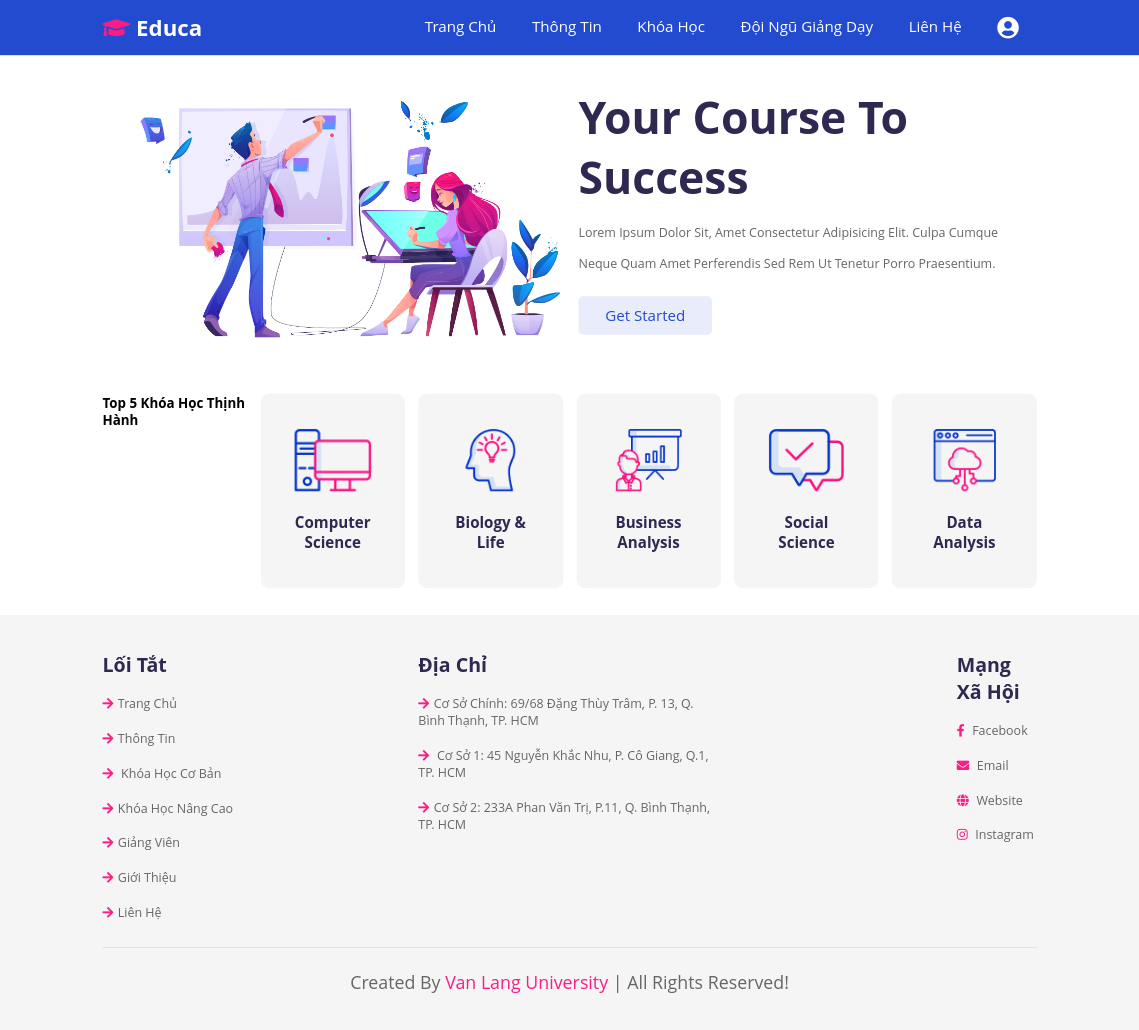
Repository: nhatkhanh022400/Layout
Page: Page-User/home.html
An editor plug-in stored every save of this project. The page is shown before and after the next save, followed by the edit.
The browser window is 1280 px wide. The pictures show the whole page, at 89% of full size.

Above is the page before, as saved 2022-03-22 16:41:41.
Console error: ReferenceError: $ is not defined

### Page-User/home.html
<!DOCTYPE html>
<html lang="en">
<head>
    <meta charset="UTF-8">
    <meta http-equiv="X-UA-Compatible" content="IE=edge">
    <meta name="viewport" content="width=device-width, initial-scale=1.0">
    <title>home</title>

    <!-- font awesome cdn link  -->
    <link rel="stylesheet" href="https://cdnjs.cloudflare.com/ajax/libs/font-awesome/5.15.4/css/all.min.css">

    <!-- custom css file link  -->
    <link rel="stylesheet" href="css/style.css">
    <link rel="stylesheet" href="https://unpkg.com/aos@next/dist/aos.css" />

</head>
<body>

<!-- header section starts  -->

<header class="header">

    <a href="home.html" class="logo"> <i class="fas fa-graduation-cap"></i> educa </a>

    <div id="menu-btn" class="fas fa-bars"></div>

    <nav class="navbar">
        <ul>
            <li><a href="home.html">Trang Chủ</a></li>
            <li><a href="about.html">Thông Tin</a></li>
            <li><a href="#">Khóa Học</a>
                <ul>
                    <li><a href="course-1.html">Khóa Học Cơ Bản</a></li>
                    <li><a href="course-2.html">Khóa Học Nâng Cao </a></li>

                </ul>
            </li>
            <li>
                <a href="#">Đội Ngũ Giảng Dạy</a>
                <ul>
                    <li><a href="blog.html">Giới Thiệu</a></li>
                    <li><a href="teachers.html">Giảng Viên</a></li>
                </ul>
            </li>
            <li><a href="contact.html">Liên Hệ</a></li>
            <li>
                <a href="#">
                    <i class="fas fa-user-circle"></i>
                </a>
                <ul>
                    <li><a href="user.html">Profile</a></li>
                    <li><a href="sign-up.html">Đăng Xuất</a></li>
                </ul>

            </li>
        </ul>
    </nav>

</header>

<!-- header section ends -->

<!-- home section starts  -->

<section class="home">

    <div class="image">
        <img src="images/home-img.png" alt="">
    </div>

    <div class="content">
        <h3>your course to success</h3>
        <p>Lorem ipsum dolor sit, amet consectetur adipisicing elit. Culpa cumque neque quam amet perferendis sed rem ut tenetur porro praesentium.</p>
        <a href="#" class="btn">get started</a>
    </div>

</section>

<!-- home section ends -->

<!-- categories section starts  -->

<section class="category">
    <div>
        <h2>Top 5 Khóa Học Thịnh Hành</h2>
    </div>


    <a href="#" class="box">
        <img src="images/category-1.png" alt="">
        <h3>computer science</h3>
    </a>

    <a href="#" class="box">
        <img src="images/category-2.png" alt="">
        <h3>biology & life</h3>
    </a>

    <a href="#" class="box">
        <img src="images/category-3.png" alt="">
        <h3>business analysis</h3>
    </a>

    <a href="#" class="box">
        <img src="images/category-4.png" alt="">
        <h3>social science</h3>
    </a>

    <a href="#" class="box">
        <img src="images/category-5.png" alt="">
        <h3>data analysis</h3>
    </a>

</section>

<!-- categories section ends -->












<!-- footer section starts  -->

<section class="footer" data-aos="fade-right" data-aos-duration="40000">

    <div class="box-container">

        <div class="box">
            <h3>Lối Tắt</h3>
            <a href="home.html"> <i class="fas fa-arrow-right"></i>Trang Chủ</a>
            <a href="about.html"> <i class="fas fa-arrow-right"></i>Thông Tin </a>
            <a href="course-1.html"> <i class="fas fa-arrow-right"></i> Khóa Học Cơ Bản</a>
            <a href="course-2.html"> <i class="fas fa-arrow-right"></i>Khóa Học Nâng Cao</a>
            <a href="teachers.html"> <i class="fas fa-arrow-right"></i>Giảng Viên</a>
            <a href="blog.html"> <i class="fas fa-arrow-right"></i>Giới Thiệu</a>
            <a href="contact.html"> <i class="fas fa-arrow-right"></i>Liên Hệ</a>
        </div>

        <div class="box">
            <h3>Địa Chỉ</h3>
            <a href="#"> <i class="fas fa-arrow-right"></i>Cơ sở chính: 69/68 Đặng Thùy Trâm, P. 13, Q. Bình Thạnh, TP. HCM</a>
            <a href="#"> <i class="fas fa-arrow-right"></i> Cơ sở 1: 45 Nguyễn Khắc Nhu, P. Cô Giang, Q.1, TP. HCM</a>
            <a href="#"> <i class="fas fa-arrow-right"></i>Cơ sở 2: 233A Phan Văn Trị, P.11, Q. Bình Thạnh, TP. HCM</a>

        </div>

        <div class="box" style="margin-left: 25rem;">
            <h3>Mạng Xã Hội</h3>
            <a href="#"> <i class="fab fa-facebook-f"></i> facebook </a>
            <a href="#"> <i class="fas fa-envelope"></i> email</a>
            <a href="#"> <i class="fas fa-globe"></i> website </a>
            <a href="#"> <i class="fab fa-instagram"></i> instagram </a>

        </div>

    </div>

    <div class="credit"> created by <span>Van Lang University</span> | all rights reserved! </div>

</section>

<!-- footer section ends -->

<!-- custom js file link  -->
<script src="js/script.js"></script>
<script src="https://unpkg.com/aos@next/dist/aos.js"></script>
    <script>
        AOS.init();
    </script>
</body>
</html>

### Page-User/css/style.css
@import url("https://fonts.googleapis.com/css2?family=Poppins:wght@100;300;400;500;600&display=swap");
* {
  font-family: 'Open Sans', sans-serif;
  margin: 0;
  padding: 0;
  -webkit-box-sizing: border-box;
  box-sizing: border-box;
  text-transform: capitalize;
  text-decoration: none;
  outline: none;
  border: none;
  -webkit-transition: all 0.2s linear;
  transition: all 0.2s linear;
}

html {
  font-size: 62.5%;
  overflow-x: hidden;
}

section {
  padding: 3rem 9%;
}

.btn {
  display: inline-block;
  margin-top: 1rem;
  padding: 1rem 3rem;
  background: #e9edfb;
  color: #224bcf;
  cursor: pointer;
  border-radius: 0.5rem;
  font-size: 1.7rem;
}

.btn:hover {
  color: #fff;
  background: #224bcf;
}

.heading {
  background: url(../images/heading-bg.png) no-repeat;
  background-size: cover;
  background-position: center;
}

.heading h3 {
  font-size: 3.5rem;
  color: #302851;
}

.heading p {
  font-size: 1.6rem;
  color: #666;
  padding-top: 0.5rem;
}

.heading p a {
  padding-right: 0.5rem;
  color: #fa1d86;
}

.heading p a:hover {
  color: #224bcf;
}

.header {
  position: -webkit-sticky;
  position: sticky;
  top: 0;
  left: 0;
  right: 0;
  z-index: 1000;
  display: -webkit-box;
  display: -ms-flexbox;
  display: flex;
  -webkit-box-align: center;
  -ms-flex-align: center;
  align-items: center;
  -webkit-box-pack: justify;
  -ms-flex-pack: justify;
  justify-content: space-between;
  padding: 0 9%;
  background: #224bcf;
  height: 62px;
}

.header .logo {
  font-size: 2.5rem;
  font-weight: bolder;
  color: #fff;
  text-decoration: none;
}

.header .logo i {
  color: #fa1d86;
}

.header .navbar ul {
  list-style: none;
  width: 100%;
}

.header .fa-user-circle{
  font-size: 25px;
}

.header .navbar ul li {
  position: relative;
  float: left;
}

.header .navbar ul li:hover ul {
  display: block;
}

.header .navbar ul li a {
  padding: 2rem;
  display: block;
  font-size: 1.7rem;
  color: #fff;
  text-decoration: none;
}

.header .navbar ul li a:hover {
  background: #fa1d86;
}

.header .navbar ul li ul {
  position: absolute;
  left: 0;
  width: 20rem;
  background: #224bcf;
  display: none;
}

.header .navbar ul li ul li {
  width: 100%;
}

#menu-btn {
  cursor: pointer;
  color: #fff;
  font-size: 2.5rem;
  display: none;
}

.home {
  display: -webkit-box;
  display: -ms-flexbox;
  display: flex;
  -webkit-box-align: center;
  -ms-flex-align: center;
  align-items: center;
  -ms-flex-wrap: wrap;
  flex-wrap: wrap;
  gap: 2rem;
}

.home .image {
  -webkit-box-flex: 1;
  -ms-flex: 1 1 42rem;
  flex: 1 1 42rem;
}

.home .image img {
  width: 100%;
}

.home .content {
  -webkit-box-flex: 1;
  -ms-flex: 1 1 42rem;
  flex: 1 1 42rem;
}

.home .content h3 {
  color: #302851;
  font-size: 5rem;
}

.home .content p {
  font-size: 1.4rem;
  color: #666;
  padding: 1rem 0;
  line-height: 2.5;
}

.category {
  display: -ms-grid;
  display: grid;
  -ms-grid-columns: (minmax(16rem, 1fr)) [auto-fit];
  grid-template-columns: repeat(auto-fit, minmax(16rem, 1fr));
  gap: 1.5rem;
}

.category .box {
  border-radius: 1rem;
  background: #f5f5f5;
  padding: 4rem 3rem;
  text-align: center;
}

.category .box img {
  height: 7rem;
  margin-bottom: 2rem;
}

.category .box h3 {
  font-size: 1.7rem;
  color: #302851;
}

.about {
  display: -webkit-box;
  display: -ms-flexbox;
  display: flex;
  -webkit-box-align: center;
  -ms-flex-align: center;
  align-items: center;
  -ms-flex-wrap: wrap;
  flex-wrap: wrap;
  gap: 2rem;
}

.about .image {
  -webkit-box-flex: 1;
  -ms-flex: 1 1 42rem;
  flex: 1 1 42rem;
}

.about .image img {
  width: 100%;
}

.about .content {
  -webkit-box-flex: 1;
  -ms-flex: 1 1 42rem;
  flex: 1 1 42rem;
}

.about .content h3 {
  color: #302851;
  font-size: 4.5rem;
}

.about .content p {
  font-size: 1.4rem;
  padding: 1rem 0;
  color: #666;
  line-height: 2.5;
}

.teachers {
  display: -ms-grid;
  display: grid;
  -ms-grid-columns: (minmax(27rem, 1fr)) [auto-fit];
  grid-template-columns: repeat(auto-fit, minmax(27rem, 1fr));
  gap: 1.5rem;

}

.teachers .box {
  text-align: center;
  overflow: hidden;
}

.teachers .box:hover .image .share {
  -webkit-transform: translateY(0);
  transform: translateY(0);
}

.teachers .box:hover .image .share a {
  transform: translateY(10px);
  opacity: 1;
  transition: transform 0.2s 0.2s;
  transition: transform 0.2s 0.2s, -webkit-transform 0.2s 0.2s;
}

.teachers .box:hover .image .share button {
  background-color: transparent;
  color: white;
  font-weight: bold;
  border: 1px solid white;
  padding: 3px 6px;
  border-radius: 3px;
  font-size: 15px;
  transform: translateY(-10px);
  opacity: 1;
  transition: transform 0.2s 0.2s;
}

.teachers .box:hover .image .share .status {
  float: left;
  background-color: transparent;
  color: white;
  font-size: 13px;
  transform: translateY(-10px);
  transition: p 0.2s;
}

.teachers .box .image {
  overflow: hidden;
  height: 32rem;
  width: 100%;
  position: relative;
  border-radius: 1rem;
}

.teachers .box .image .share {
  position: absolute;
  top: 0;
  left: 0;
  height: 100%;
  width: 100%;
  background: rgba(0, 0, 0, 0.7);
  display: -webkit-box;
  display: -ms-flexbox;
  display: flex;
  -webkit-box-align: end;
  -ms-flex-align: end;
  align-items: flex-end;
  -webkit-box-pack: center;
  -ms-flex-pack: center;
  justify-content: center;
  z-index: 10;
  overflow: hidden;
  -webkit-transform: translateY(-100%);
  transform: translateY(-100%);
}

.teachers .box .image .share a {
  font-size: 2.5rem;
  margin: 2rem 1.5rem;
  color: #fff;
  -webkit-transform: translateY(5rem);
  transform: translateY(5rem);
  opacity: 0;
}

.teachers .box .image .share a:hover {
  color: #fa1d86;
}

.teachers .box .image .share button:hover {
  background-color: white;
  color: black;
}

.teachers .box .image img {
  height: 100%;
  width: 100%;
  -o-object-fit: cover;
  object-fit: cover;
}

.teachers .box .content {
  padding-top: 1rem;
}

.teachers .box .content h3 {
  font-size: 2rem;
  color: #302851;
}

.teachers .box .content span {
  color: #666;
  font-size: 1.5rem;
}

.blog {
  display: -ms-grid;
  display: grid;
  -ms-grid-columns: (minmax(31rem, 1fr)) [auto-fit];
  grid-template-columns: repeat(auto-fit, minmax(31rem, 1fr));
  gap: 1.5rem;
}

.blog .box .image {
  height: 25rem;
  width: 100%;
  overflow: hidden;
}

.blog .box .image img {
  height: 100%;
  width: 100%;
  -o-object-fit: cover;
  object-fit: cover;
  border-radius: 0.5rem;
}

.blog .box .content {
  padding: 2rem;
  background: #f5f5f5;
}

.blog .box .content .icons {
  padding: 1.5rem 0;
  margin-bottom: 1rem;
  display: -webkit-box;
  display: -ms-flexbox;
  display: flex;
  -webkit-box-align: center;
  -ms-flex-align: center;
  align-items: center;
  -webkit-box-pack: justify;
  -ms-flex-pack: justify;
  justify-content: space-between;
}

.blog .box .content .icons a {
  font-size: 1.4rem;
  color: #666;
}

.blog .box .content .icons a:hover {
  color: #224bcf;
}

.blog .box .content .icons a i {
  padding-right: 0.5rem;
  color: #224bcf;
}

.blog .box .content h3 {
  font-size: 1.7rem;
  padding: 0.5rem 0;
  color: #302851;
}

.blog .box .content p {
  padding: 1rem 0;
  font-size: 1.4rem;
  line-height: 2.5;
  color: #666;
}

.contact .icons-container {
  display: -ms-grid;
  display: grid;
  -ms-grid-columns: (minmax(30rem, 1fr)) [auto-fit];
  grid-template-columns: repeat(auto-fit, minmax(30rem, 1fr));
  gap: 1.5rem;
}

.contact .icons-container .icons {
  text-align: center;
  padding: 2rem;
  border-radius: 1rem;
  background: #f5f5f5;
  margin-bottom: 2rem;
}

.contact .icons-container .icons i {
  height: 6.5rem;
  width: 6.5rem;
  line-height: 6.5rem;
  font-size: 2.5rem;
  color: #224bcf;
  background: #e9edfb;
  border-radius: 50%;
  text-align: center;
  margin-bottom: 0.5rem;
}

.contact .icons-container .icons h3 {
  font-size: 2rem;
  color: #302851;
  padding: 0.7rem 0;
}

.contact .icons-container .icons p {
  line-height: 2;
  font-size: 1.4rem;
  color: #666;
}

.contact .row {
  display: -webkit-box;
  display: -ms-flexbox;
  display: flex;
  -ms-flex-wrap: wrap;
  flex-wrap: wrap;
  gap: 1.5rem;
}

.contact .row form {
  -webkit-box-flex: 1;
  -ms-flex: 1 1 42rem;
  flex: 1 1 42rem;
  border-radius: 1rem;
  background: #f5f5f5;
  padding: 2rem;
}

.contact .row form h3 {
  font-size: 2.5rem;
  color: #302851;
  margin-bottom: 0.5rem;
}

.contact .row form .box,
.contact .row form textarea {
  width: 100%;
  padding: 1rem 1.2rem;
  font-size: 1.6rem;
  color: #666;
  text-transform: none;
  margin: 1rem 0;
  border-radius: 0.5rem;
  background: #fff;
}

.contact .row form textarea {
  height: 15rem;
  resize: none;
}

.contact .row .map {
  -webkit-box-flex: 1;
  -ms-flex: 1 1 42rem;
  flex: 1 1 42rem;
  width: 100%;
  border-radius: 1rem;
}

.footer {
  background: #f5f5f5;
}

.footer .box-container {
  display: -ms-grid;
  display: grid;
  -ms-grid-columns: (minmax(25rem, 1fr)) [auto-fit];
  grid-template-columns: repeat(auto-fit, minmax(25rem, 1fr));
  gap: 1.5rem;
}

.footer .box-container .box h3 {
  font-size: 2.2rem;
  padding: 1rem 0;
  color: #302851;
}

.footer .box-container .box a {
  display: block;
  font-size: 1.4rem;
  padding: 1rem 0;
  color: #666;
}

.footer .box-container .box a:hover {
  color: #fa1d86;
}

.footer .box-container .box a:hover i {
  padding-right: 2rem;
}

.footer .box-container .box a i {
  color: #fa1d86;
  padding-right: 0.5rem;
}

.footer .credit {
  text-align: center;
  margin-top: 2rem;
  padding: 1rem;
  padding-top: 2.5rem;
  font-size: 2rem;
  color: #666;
  border-top: 0.1rem solid rgba(0, 0, 0, 0.1);
}

.footer .credit span {
  color: #fa1d86;
}

/* =================================user===================================================== */

/* --------------------------------nav----------------------------- */
.border-right{
  font-size: 15px;
}
.form-control:focus {
  box-shadow: none;
  border-color: #BA68C8
}

.profile-button {
  background: rgb(99, 39, 120);
  box-shadow: none;
  border: none
}

.profile-button:hover {
  background: #682773
}

.profile-button:focus {
  background: #682773;
  box-shadow: none
}

.profile-button:active {
  background: #682773;
  box-shadow: none
}

.back:hover {
  color: #682773;
  cursor: pointer
}

.labels {
  font-size: 15px
}

.experience{
  font-size: 13px;
}

.add-experience:hover {
  background: #478cff;
  color: #fff;
  cursor: pointer;
  border: solid 1px #BA68C8
}

/* =============================================================================================== */

/* =================================================sign-up======================================== */

.bg-signup{
  width: 100%;
  min-height: 100vh;
  background-color: #f2f3f5;
  display: flex;
  align-items: center;
  justify-content: center;
  padding: 100px 0;
  background-image: url(../img/login.jpg);
  background-attachment: fixed;
  background-size: cover;
  object-fit: cover;
  background-repeat: no-repeat;
}
.signup {

  padding: 90px 75px;
  background-color: #fff;
  width: 100%;
  max-width: 600px;
  border-radius: 30px;
}

.signup .logo {
  text-align: center;
}
.signup-heading {
  font-size: 40px;
  font-weight: bold;
  color: #373941;
  text-align: center;
  margin-bottom: 35px;
}
.signup-social {
  padding: 10px;
  border-radius: 20px;
  display: block;
  width: 100%;
  color: white;
  font-size: 16px;
  font-weight: bold;
  font-family: "Poppins", sans-serif;
  border: 0;
  background-color: #4c6ff4;
  display: flex;
  align-items: center;
  cursor: pointer;
  outline: none;
  box-shadow: 0 5px 10px 0 rgba(76, 111, 244, 0.5);
}
.signup-social-icon {
  width: 60px;
  height: 60px;
  border-radius: 10px;
  background-color: white;
  display: flex;
  align-items: center;
  justify-content: center;
  color: #4c6ff4;
  font-size: 30px;
}
.signup-social-text {
  display: block;
  margin: 0 auto;
}
.signup-or {
  text-align: center;
  font-size: 16px;
  color: #999;
  margin: 55px auto;
  position: relative;
}
.signup-or span {
  display: inline-block;
  padding: 10px 30px;
  background-color: #fff;
  position: relative;
  z-index: 2;
}
.signup-or:after {
  content: "";
  width: 100%;
  height: 1px;
  background-color: #999;
  position: absolute;
  top: 50%;
  left: 0;
  transform: translateY(-50%);
}
.signup-label {
  font-size: 16px;
  color: #63676b;
  font-weight: 500;
  margin-bottom: 10px;
  display: inline-block;
  cursor: pointer;
}
.signup-input {
  display: block;
  width: 100%;
  padding: 25px;
  border-radius: 14px;
  background-color: #f2f3f5;
  outline: none;
  border: 0;
  font-family: "Poppins", sans-serif;
  font-size: 18px;
  margin-bottom: 30px;
}
.signup-input::-webkit-input-placeholder {
  color: #b4bac0;
  font-weight: 500;
}
.signup-input::-moz-input-placeholder {
  color: #b4bac0;
  font-weight: 500;
}
.signup-submit {
  padding: 25px;
  color: white;
  font-size: 18px;
  text-align: center;
  border: 0;
  outline: none;
  display: inline-block;
  width: 100%;
  border-radius: 14px;
  background-color: rgb(130, 201, 30);
  font-family: "Poppins", sans-serif;
  cursor: pointer;
  font-weight: 600;
  box-shadow: 0 5px 10px 0 rgba(130, 201, 30, 0.5);
  margin-top: 25px;
  margin-bottom: 25px;
}
.signup-already {
  text-align: center;
  font-size: 16px;
  color: #999;
}
.signup-login-link {
  color: #2979ff;
  text-decoration: none;
}
/* ================================================================================================= */

/* ================================================animation========================================== */


@media (max-width: 1200px) {
  html {
    font-size: 55%;
  }
  section {
    padding: 3rem 2rem;
  }
}

@media (max-width: 768px) {
  #menu-btn {
    display: inline-block;
  }
  .header {
    padding: 2rem;
  }
  .header .navbar {
    position: absolute;
    top: 99%;
    left: 0;
    right: 0;
    background: #224bcf;
    -webkit-clip-path: polygon(0 0, 100% 0, 100% 0, 0 0);
    clip-path: polygon(0 0, 100% 0, 100% 0, 0 0);
  }
  .header .navbar.active {
    -webkit-clip-path: polygon(0 0, 100% 0, 100% 100%, 0 100%);
    clip-path: polygon(0 0, 100% 0, 100% 100%, 0 100%);
  }
  .header .navbar ul li {
    width: 100%;
  }
  .header .navbar ul li ul {
    width: 100%;
    position: relative;
  }
  .about .content h3 {
    font-size: 3rem;
  }
  .main-video video {
    width: 95%;
    border-width: 0.2rem;
  }
}

@media (max-width: 450px) {
  html {
    font-size: 50%;
  }
}

### Page-User/js/script.js
let navbar = document.querySelector('.header .navbar');

document.querySelector('#menu-btn').onclick = () =>{
    navbar.classList.toggle('active');
}

window.onscroll = () =>{
    navbar.classList.remove('active');
}

$(document).ready(function(){
    $(window).scroll(function(){
        $(".teachersani").each(function(){
            const pos = $(this).offset().top;
            const winTop = $(window).scrollTop();
            if (pos < winTop + 600) {
                $(this).addClass("slide");
            }
        })
    })
})

After the next save:
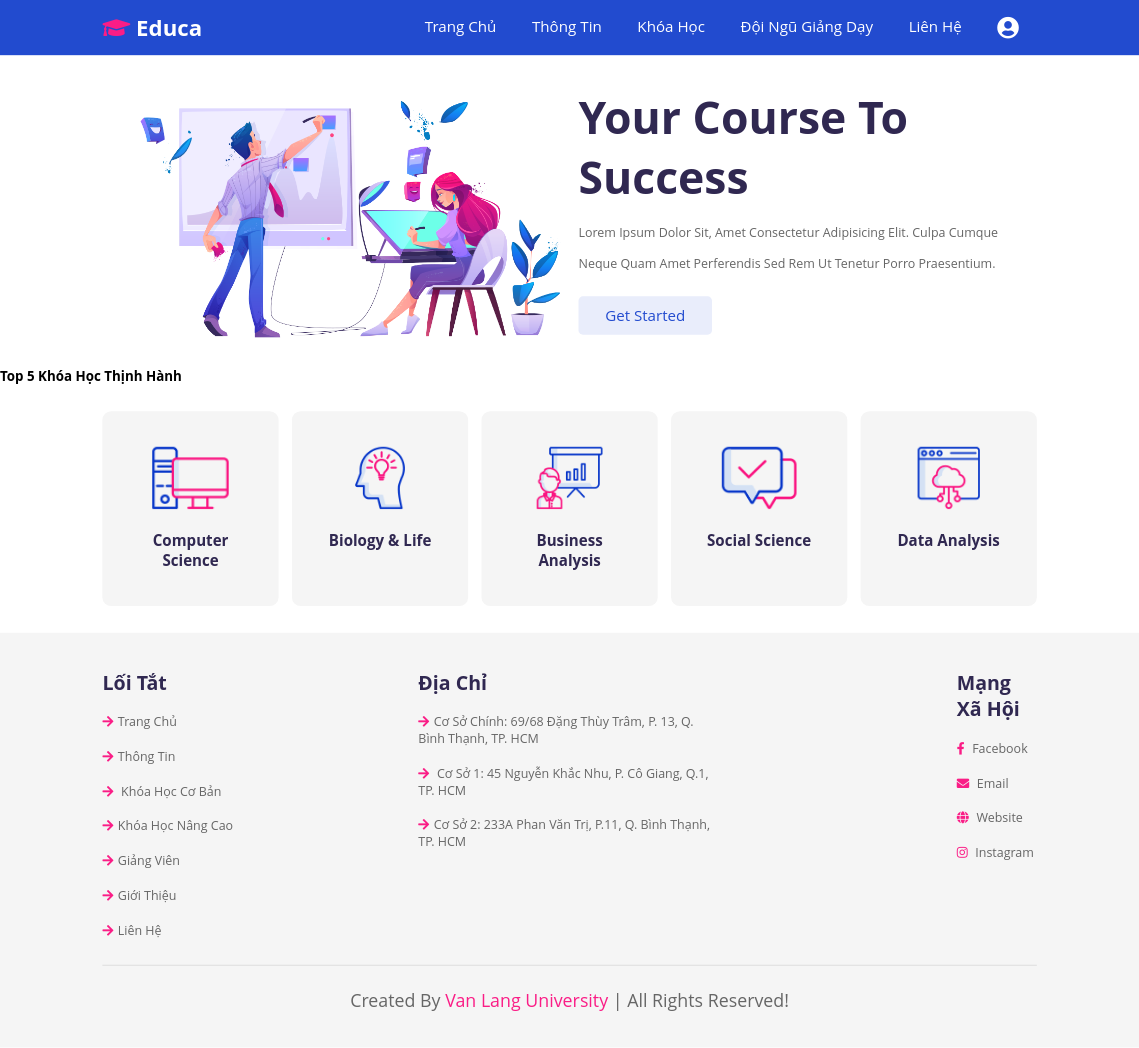
Saved 18 s later.
--- a/Page-User/home.html
+++ b/Page-User/home.html
@@ -79,11 +79,11 @@
 <!-- home section ends -->
 
 <!-- categories section starts  -->
+<h2>Top 5 Khóa Học Thịnh Hành</h2>
+<section class="category">
 
-<section class="category">
-    <div>
-        <h2>Top 5 Khóa Học Thịnh Hành</h2>
-    </div>
+
+
 
 
     <a href="#" class="box">
